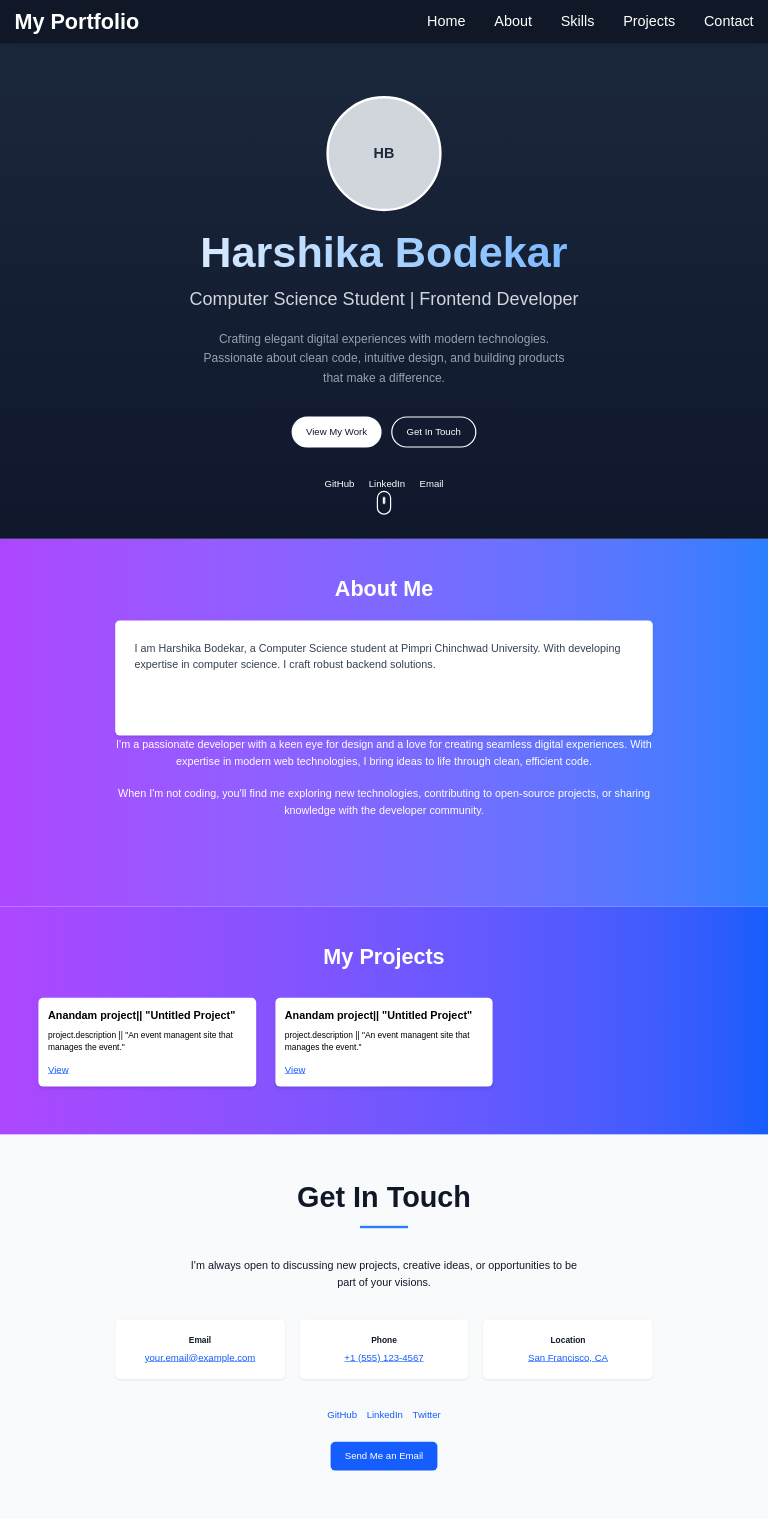
Repository: harshikabodekar/portfolio_awp
Page: /
The author's editor kept a copy of each file at every save. The page is drawn from the files as they stood at one save, then again after the next save.
The browser window is 1280 px wide. The pictures show the whole page, at 60% of full size.
The project was rebuilt for these pictures with package versions that can differ from the ones it lists, and the page was loaded fresh each time. The framework's server and built-in components were replaced by stand-ins that run in the browser. Also part of the build but not shown: next.config.mjs.

Above is the page before, as saved 2025-10-15 19:50:18.

After the next save:
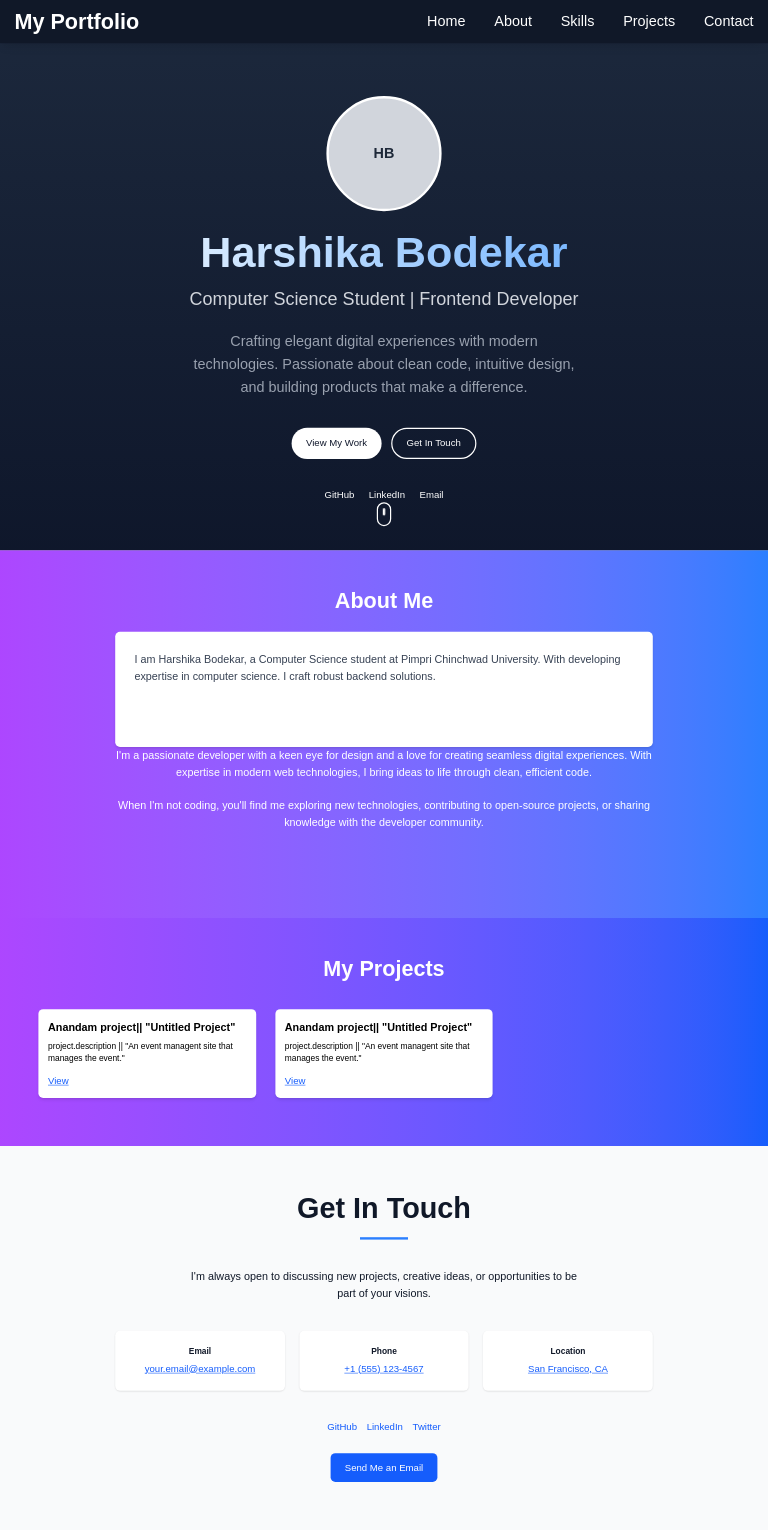
Saved 58 s later.
--- a/src/app/components/Hero.js
+++ b/src/app/components/Hero.js
@@ -20,7 +20,7 @@ const Hero = () => {
             Computer Science Student | Frontend Developer
           </p>
 
-          <p className="text-sm sm:text-base md:text-xl text-gray-400 mb-8 sm:mb-12 max-w-2xl mx-auto leading-relaxed px-4">
+          <p className="text-sm sm:text-base md:text-2xl text-gray-400 mb-8 sm:mb-12 max-w-2xl mx-auto leading-relaxed px-4">
             Crafting elegant digital experiences with modern technologies.
             Passionate about clean code, intuitive design, and building products that make a difference.
           </p>
